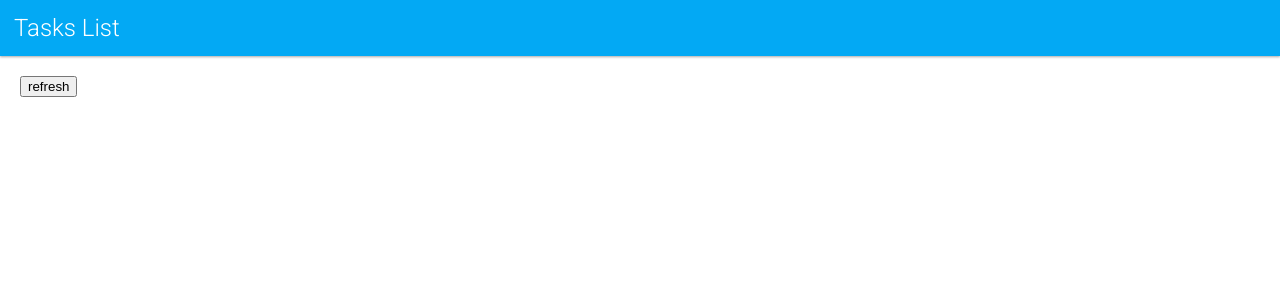
Repository: Megan74/Test-Vanilla-JS
Page: index.html
The author's editor kept a copy of each file at every save. The page is drawn from the files as they stood at one save, then again after the next save.
The browser window is 1280 px wide. The pictures show the whole page.

Above is the page before, as saved 2022-06-26 19:13:20.
Console error (its wording comes from the project's code and is left out).

### index.html
<!DOCTYPE html>
<html>
<head>
    <meta charset="utf-8">
    <link href='http://fonts.googleapis.com/css?family=Roboto:400,300,700' rel='stylesheet' type='text/css'>
    <link href="css/styles.css" rel="stylesheet" type="text/css">
</head>
<body>
<header>
    <h1>Tasks List</h1>
</header>
<div class="content">
    <input type="button" value="refresh" id="refreshBtn">

    <div id="dataTable" class="Result">
    </div>
</div>
<script type="module" src="js/_components/tasks-table.component.js"></script>
<script type="module" src="js/service/data.service.js"></script>
<script type="module" src="js/main.js"></script>
</body>
</html>

### css/styles.css
body {
    font-family: 'Roboto', 'Sans Serif';
    font-size: 16px;
    padding: 0;
    margin: 0;
}

header {
    background-color: #03A9F4;
    padding: 14px;
    box-shadow: 0 1px 3px rgba(0,0,0,0.12), 0 1px 2px rgba(0,0,0,0.24);
}

h1, h2, h3 {
    font-weight: 300;
}

header > h1 {
    font-weight: 300;
    font-size: 24px;
    margin: 0;
    color: #FFFFFF;
}

h2 {
    font-size: 22px;
    margin: 20px 0 0 0;
}

h2 > .currency {
    color: #0288D1;
}

h3 {
    margin: 10px 0 28px 0;
}

h3 > span {
    color: #0288D1;
}

.principal {
    color: #0288D1;
}

.interest {
    color: #EF6C00;
}

input[type=text] {
    -webkit-appearance: none;
    width: 150px;
    height: 24px;
    padding: 3px 8px;
    font-size: 14px;
    line-height: 1.42857143;
    color: #555;
    border: 1px solid #ccc;
    border-radius: 2px;
    -webkit-box-shadow: none;
    box-shadow: none;
}

table {
    border-collapse: collapse;
    font-weight: 300;
    font-size: 12px;
}

th {
    text-align: right;
    font-weight: 400;
}

td {
    text-align: right;
    padding: 0 .5rem;
}

th,
td {
    border: solid 1px #EEEEEE !important;
    padding: 1px 4px;
}

label {
    display: inline-block;
    width: 80px;
    text-align: right;
    margin-right: 4px;
}

.content {
    padding: 20px;
}

.bar {
    display: inline-block;
    border: none;
    height: 8px;
}

.bar.principal {
    background-color: #0288D1;
    margin-right:1px;
}

.bar.interest {
    background-color: #EF6C00;
    margin-left:1px;
}

.stretch {
    width: 100%;
    padding-left:0;
    padding-right:0;
}

.flex {
    display: -webkit-flex;
    display: flex;
}

.currency::before {
    content:"$";
}

.left {
    text-align: left;
}

.form > div {
    margin: 6px 0;
}

button {
    text-transform: none;
    -webkit-appearance: none;
    cursor: pointer;
    padding: 12px 18px;
    border-radius: 2px;
    background: #FCFCFC;
    font-size: 16px;
    border: solid 1px #ddd;
    color: #444;
}

button:hover {
    background: #F4F4F4;
    border: solid 1px #ccc;
}

button:active {
    background: #FEFEFE;
    border: solid 1px #ddd;
}

button:focus {
    outline:0;
}

.Result {
    padding: 10px 0;
}
table.Tasks {
    border: 3px solid #000000;
    width: 100%;
    text-align: left;
    border-collapse: collapse;
}
table.Tasks td, table.Tasks th {
    border: 1px solid #000000;
    padding: 5px 4px;
}
table.Tasks tbody td {
    font-size: 13px;
}
table.Tasks thead {
    background: #CFCFCF;
    background: -moz-linear-gradient(top, #dbdbdb 0%, #d3d3d3 66%, #CFCFCF 100%);
    background: -webkit-linear-gradient(top, #dbdbdb 0%, #d3d3d3 66%, #CFCFCF 100%);
    background: linear-gradient(to bottom, #dbdbdb 0%, #d3d3d3 66%, #CFCFCF 100%);
    border-bottom: 3px solid #000000;
}
table.Tasks thead th {
    font-size: 15px;
    font-weight: bold;
    color: #000000;
    text-align: left;
}
table.Tasks tfoot {
    font-size: 14px;
    font-weight: bold;
    color: #000000;
    border-top: 3px solid #000000;
}
table.Tasks tfoot td {
    font-size: 14px;
}

table.Tasks > tr:hover td {
    cursor: pointer;
    background-color: #bfbfbf;
}

### js/_components/tasks-table.component.js
window.TasksTableComponent = (function (window) {
    'use strict'

    //TasksTableComponent render the global function with tasks as
    //parameters
    return function  (tasks) {
        var self = this;

        self.tasks = toString(tasks);

        self.columns = [
            {
                label: 'Name',
                property: 'TxtCivilName',
                aggregateFn: (item) => {
                    return 1;
                },
                aggregateLabel: 'Number of tasks : ',
            },
            {
                label: 'Number of days',
                property: 'NumDaysRequested',
                defaultValue: '0',
                aggregateFn: (item) => {
                    return item['NumDaysRequested'];
                },
                aggregateLabel: 'Total (in days) : ',
            },
            {
                label: 'Type',
                property: 'TxtType'
            },
            {
                label: 'Date range',
                property: 'TxtDateRange',
            },
            {
                label: 'Company',
                property: 'TxtCompanyName',
            }
        ];

        return {
            render,
            setTasks,
        }

        /**
         * render data
         * @param element
         */
        function render(element) {
            console.log(getTableElement());
            element.innerHTML = '';
            element.append(getTableElement());
        }

        /**
         * Return the html
         * @returns {HTMLTableElement}
         */
        function getTableElement() {
            var tableEl = document.createElement('table');
            tableEl.setAttribute('class', 'Tasks');
            for (var i = 0; i < self.tasks.length; i++) {
                var task = self.tasks[i];
                if (i === 0) {
                    tableEl.append(getHeaderElement(task));
                }
                var line = getLineElement(task);
                tableEl.append(line);
                line.addEventListener('click', function(){
                   alert(task.TxtCivilName);
                });
            }
            tableEl.append(getFooterElement(self.aggregatedValues));
            return tableEl;
        }


        /**
         * Return the content of a line in HTML string
         *
         * @returns {HTMLTableSectionElement}
         */
        function getHeaderElement() {
            var columns = [];
            for (var i = 0; i < self.columns.length; i++) {
                var col = self.columns[i];
                columns.push(`<th>${col.label}</th>`);
            }

            var head = document.createElement('thead');
            head.innerHTML = `<tr>${columns.join('')}</tr>`
            return head;
        }

        /**
         * Return the content of a line in HTML string
         *
         *  @param task
         * @returns {HTMLTableSectionElement}
         */
        function getLineElement(task) {
            var columns = [];

            for (var i = 0; i < self.columns.length; i++) {
                var col = self.columns[i];
                columns.push(`<td>${task[col.property]}</td>`);
            }

            var tr = document.createElement('tr');
            tr.innerHTML = columns.join('');
            return tr;
        }

        /**
         * Return the content of a footer line in HTML string
         *
         * @param aggregatedLine
         * @returns {HTMLTableSectionElement}
         */
        function getFooterElement(aggregatedLine) {
            var columns = [];
             var aggregatedLine ={};
            for (var i = 0; i < self.columns.length; i++) {
                var col = self.columns[i];
                if(aggregatedLine.hasOwnProperty(col.property)){
                    columns.push(`<td>${col.aggregateLabel} ${aggregatedLine[col.property]}</td>`);
                } else {
                    columns.push(`<td></td>`);
                }
            }
            var tfoot = document.createElement('tr');
            tfoot.innerHTML =`<tfoot><tr>${columns.join('')}</tr></tfoot>`;
            return tfoot;
        }




        function setTasks(tasks) {
            this.tasks = tasks;
            this.aggregatedValues = getAggregatedValues(tasks);
        }

        /**
         * Return aggregated values from given tasks data
         *
         * @param tasks
         * @returns {{}}
         */
        function getAggregatedValues(tasks) {
             var aggregatedValues = {};
            for(var i = 0; i < tasks.length; i++) {
                var task = tasks[i];
                for(var j = 0; j < self.columns.length; j++) {
                    var col = self.columns[j];
                    if(col.hasOwnProperty('aggregateFn')){
                        aggregatedValues[col.property] += col.aggregateFn(task);
                    }else if (!aggregatedValues.hasOwnProperty(col.property)){
                        aggregatedValues[col.property] = 0;
                    }
                }
            }
            return aggregatedValues;
        }
    };

})(window)

### js/main.js
import dataService from '/js/service/data.service.js';
import TasksTableComponent from '/js/_components/tasks-table.component.js';

(function (window, document) {


    init();
    var tasksTable;
    var companiesList = [];

    async function init() {
        tasksTable = await new TasksTableComponent(); //async/await added to avoid unresolved promises

        document.getElementById('refreshBtn').addEventListener('click', function () {
            updateTable();
        });

        updateCompanies()
        updateTable();
    }

     function updateTable() {
        var isLoading = true;
        document.getElementById('dataTable').innerHTML = 'Loading...';

        return dataService.getTasks().then(onTranslationsReady);


         function onTranslationsReady(translations) {
            if(!translations){
                translations = {types : {}};
            }
            getTasks(translations.types).then((tasks) => {
                tasksTable.setTasks(tasks);
                isLoading = false;
                 tasksTable.render(document.getElementById('dataTable'));
            });
        }
    }

     function updateCompanies() {
        return dataService.getCompanies().then(function (companies) {
            companiesList =  companies;
        });
    }

     function getTasks(typeTranslations) {
        return dataService.getTasks().then((tasks) => {
            var tasks =  tasks.map(task => {
                return getTaskItemFromXml(task, typeTranslations)
            });
            return tasks;
        });

        function getTaskItemFromXml(task, typeTranslations) {
            task = convertXmlToJson(task);
            var taskItem = {};
            for (var i in task.Item) {
                taskItem[i] = task.Item[i]['#text'];
            }
            taskItem.NumDaysRequested = parseInt(taskItem.NumDaysRequested);
            taskItem.TxtCompanyName = getCompanyFromId(taskItem.NumCompanyId).name;
            taskItem.TxtType = typeTranslations[taskItem.TxtType] || taskItem.TxtType;
            return taskItem;
        }
    }

    /**
     * Return a company from its id
     *
     *
     * @param companyId
     * @returns {*[]}
     */
    function getCompanyFromId(companyId) {
        companyId = parseInt(companyId);
        var filtered = companiesList.filter(company => company.id === companyId);
        if (filtered.length) {
            return filtered[0];
        } else {
            return {
                name: 'Company doesn\'t exist'
            };
        }
    }


    /**
     * Convert XML to JSON
     * @param xml
     * @returns {null|any}
     */
    function convertXmlToJson(xml) {
        const tab = '';
        if (!xml) {
            return null;
        }

        if (typeof xml === 'string') {
            const parser = new DOMParser();
            xml = parser.parseFromString(xml, 'text/xml');
        }

        var X = {
            toObj: function (xml) {
                var o = {};
                if (xml.nodeType == 1) {   // element node ..
                    if (xml.attributes.length)   // element with attributes  ..
                        for (var i = 0; i < xml.attributes.length; i++)
                            o["@" + xml.attributes[i].nodeName] = (xml.attributes[i].nodeValue || "").toString();
                    if (xml.firstChild) { // element has child nodes ..
                        var textChild = 0, cdataChild = 0, hasElementChild = false;
                        for (var n = xml.firstChild; n; n = n.nextSibling) {
                            if (n.nodeType == 1) hasElementChild = true;
                            else if (n.nodeType == 3 && n.nodeValue.match(/[^ \f\n\r\t\v]/)) textChild++; // non-whitespace text
                            else if (n.nodeType == 4) cdataChild++; // cdata section node
                        }
                        if (hasElementChild) {
                            if (textChild < 2 && cdataChild < 2) { // structured element with evtl. a single text or/and cdata node ..
                                X.removeWhite(xml);
                                for (var n = xml.firstChild; n; n = n.nextSibling) {
                                    if (n.nodeType == 3)  // text node
                                        o["#text"] = X.escape(n.nodeValue);
                                    else if (n.nodeType == 4)  // cdata node
                                        o["#cdata"] = X.escape(n.nodeValue);
                                    else if (o[n.nodeName]) {  // multiple occurence of element ..
                                        if (o[n.nodeName] instanceof Array)
                                            o[n.nodeName][o[n.nodeName].length] = X.toObj(n);
                                        else
                                            o[n.nodeName] = [o[n.nodeName], X.toObj(n)];
                                    } else  // first occurence of element..
                                        o[n.nodeName] = X.toObj(n);
                                }
                            } else { // mixed content
                                if (!xml.attributes.length)
                                    o = X.escape(X.innerXml(xml));
                                else
                                    o["#text"] = X.escape(X.innerXml(xml));
                            }
                        } else if (textChild) { // pure text
                            if (!xml.attributes.length)
                                o = X.escape(X.innerXml(xml));
                            else
                                o["#text"] = X.escape(X.innerXml(xml));
                        } else if (cdataChild) { // cdata
                            if (cdataChild > 1)
                                o = X.escape(X.innerXml(xml));
                            else
                                for (var n = xml.firstChild; n; n = n.nextSibling)
                                    o["#cdata"] = X.escape(n.nodeValue);
                        }
                    }
                    if (!xml.attributes.length && !xml.firstChild) o = null;
                } else if (xml.nodeType == 9) { // document.node
                    o = X.toObj(xml.documentElement);
                } else
                    alert("unhandled node type: " + xml.nodeType);
                return o;
            },
            toJson: function (o, name, ind) {
                var json = name ? ("\"" + name + "\"") : "";
                if (o instanceof Array) {
                    for (var i = 0, n = o.length; i < n; i++)
                        o[i] = X.toJson(o[i], "", ind + "\t");
                    json += (name ? ":[" : "[") + (o.length > 1 ? ("\n" + ind + "\t" + o.join(",\n" + ind + "\t") + "\n" + ind) : o.join("")) + "]";
                } else if (o == null)
                    json += (name && ":") + "null";
                else if (typeof (o) == "object") {
                    var arr = [];
                    for (var m in o)
                        arr[arr.length] = X.toJson(o[m], m, ind + "\t");
                    json += (name ? ":{" : "{") + (arr.length > 1 ? ("\n" + ind + "\t" + arr.join(",\n" + ind + "\t") + "\n" + ind) : arr.join("")) + "}";
                } else if (typeof (o) == "string")
                    json += (name && ":") + "\"" + o.toString() + "\"";
                else
                    json += (name && ":") + o.toString();
                return json;
            },
            innerXml: function (node) {
                var s = ""
                if ("innerHTML" in node)
                    s = node.innerHTML;
                else {
                    var asXml = function (n) {
                        var s = "";
                        if (n.nodeType == 1) {
                            s += "<" + n.nodeName;
                            for (var i = 0; i < n.attributes.length; i++)
                                s += " " + n.attributes[i].nodeName + "=\"" + (n.attributes[i].nodeValue || "").toString() + "\"";
                            if (n.firstChild) {
                                s += ">";
                                for (var c = n.firstChild; c; c = c.nextSibling)
                                    s += asXml(c);
                                s += "</" + n.nodeName + ">";
                            } else
                                s += "/>";
                        } else if (n.nodeType == 3)
                            s += n.nodeValue;
                        else if (n.nodeType == 4)
                            s += "<![CDATA[" + n.nodeValue + "]]>";
                        return s;
                    };
                    for (var c = node.firstChild; c; c = c.nextSibling)
                        s += asXml(c);
                }
                return s;
            },
            escape: function (txt) {
                return txt.replace(/[\\]/g, "\\\\")
                    .replace(/[\"]/g, '\\"')
                    .replace(/[\n]/g, '\\n')
                    .replace(/[\r]/g, '\\r');
            },
            removeWhite: function (e) {
                e.normalize();
                for (var n = e.firstChild; n;) {
                    if (n.nodeType == 3) {  // text node
                        if (!n.nodeValue.match(/[^ \f\n\r\t\v]/)) { // pure whitespace text node
                            var nxt = n.nextSibling;
                            e.removeChild(n);
                            n = nxt;
                        } else
                            n = n.nextSibling;
                    } else if (n.nodeType == 1) {  // element node
                        X.removeWhite(n);
                        n = n.nextSibling;
                    } else                      // any other node
                        n = n.nextSibling;
                }
                return e;
            }
        };
        if (xml.nodeType == 9) // document node
            xml = xml.documentElement;

        var json = X.toJson(X.toObj(X.removeWhite(xml)), xml.nodeName, "\t");
        const string = "{\n" + tab + (tab ? json.replace(/\t/g, tab) : json.replace(/\t|\n/g, "")) + "\n}"
        return JSON.parse(string);
    }

})(window, document);

Loaded but not shown: js/service/data.service.js (library)

After the next save:
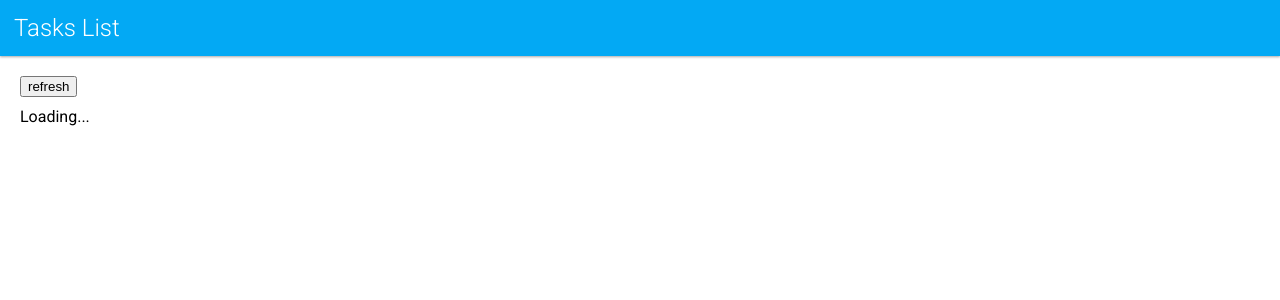
Console error: TypeError: Cannot read properties of undefined (reading 'absence')
Saved 29 s later.
--- a/js/main.js
+++ b/js/main.js
@@ -1,5 +1,3 @@
-import dataService from '/js/service/data.service.js';
-import TasksTableComponent from '/js/_components/tasks-table.component.js';
 
 (function (window, document) {
 
